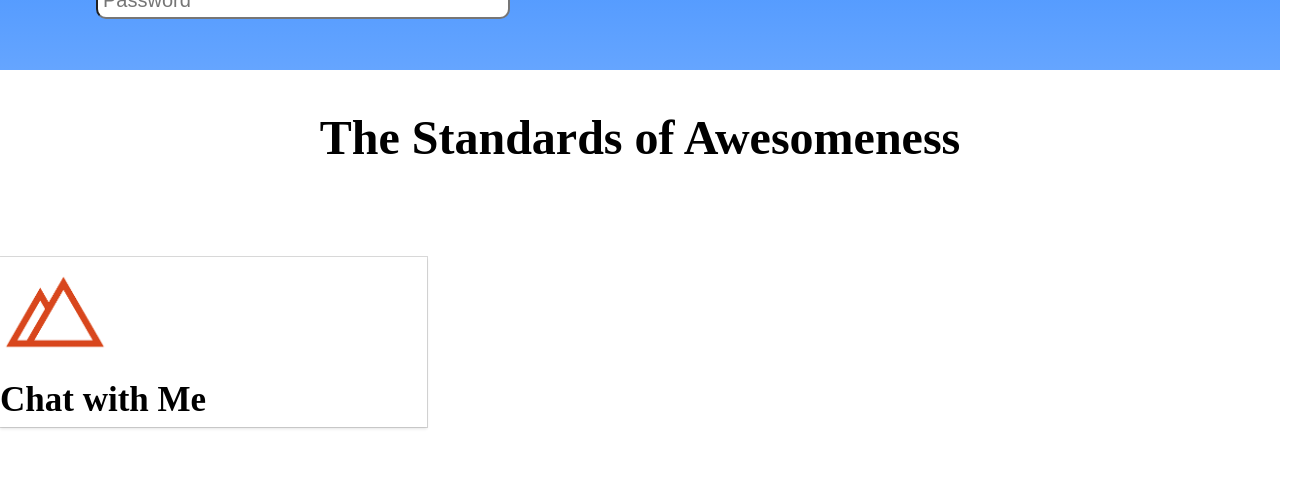
Repository: jesar-enl/My-CSS-Website
Page: index.html
These files come from the project's save history. The page is drawn as it stood at one moment and after a run of saves; the edit follows.
The browser window is 1280 px wide. The page is 1296 px wide, so the pictures cover 1296 px, including what lies to the right of the window. The pictures show the part of the page from y = 430 to 1108 px (the page is 924 px tall before and 1108 px after).

Above is the page before, as saved 2022-07-27 12:49:23.

### index.html
<!DOCTYPE html>
<html lang="en">
  <head>
    <meta charset="UTF-8" />
    <meta http-equiv="X-UA-Compatible" content="IE=edge" />
    <meta name="viewport" content="width=device-width, initial-scale=1.0" />
    <title>My CSS website</title>
    <link rel="stylesheet" href="style.css" />
  </head>
  <body>
    <nav>
      <ul class="topnav" id="dropdownClick">
        <li><a href="#home">Home</a></li>
        <li><a href="#contact">Contact</a></li>
        <li><a href="#news">News</a></li>
        <li><a href="#about">About</a></li>
        <li class="topnav-right"><a href="#signup">SignUp</a></li>
        <li class="topnav-right"><a href="#login">LogIn</a></li>

        <!--
          This unicode is called 'Trigram for Heaven'.
          It can be used to hide the menu when we shrink the screen to a mobile sized.

          Thousands of unicode characters can be accessed from the unicode table 'https://unicode-table.com/en/'
        -->

        <li class="dropdown">
          <!--
            Having the href like this is to inform the browser
            that perform this link as a javascript command,
            heading to nowhere. Stay around this page.
          -->

          <a href="javascript:void(0);" onclick="handleClick()">&#9776;</a>
        </li>
      </ul>
    </nav>

    <div class="container" id="section-1-gradient">
      <div class="row">
        <div class="col-6">
          <div class="leftSideCol">
            <h1 class="large">Crazy Radness</h1>
            <h1 class="large">Made for Developers</h1>
          </div>
          <form action="">
            <div class="leftSideCol">
              <h2>Username</h2>
              <input
                type="text"
                class="inputbox"
                placeholder="Username"
                name="username"
              />
              <h2>Password</h2>
              <input type="password" name="password" placeholder="Password" />
            </div>
          </form>
        </div>
        <div class="col-6">
          <div class="rightSideCol videoContainer">
            <iframe
              width="560"
              height="315"
              src="https://www.youtube.com/embed/ZxKM3DCV2kE"
              title="YouTube video player"
              frameborder="0"
              allow="accelerometer; autoplay; clipboard-write; encrypted-media; gyroscope; picture-in-picture"
              allowfullscreen
            ></iframe>
          </div>
        </div>
      </div>
    </div>

    <header>
      <h1 class="section-2-header">The Standards of Awesomeness</h1>
    </header>

    <div class="container">
      <div class="row">
        <div class="col-4">
          <div class="box">
            <div class="icon">
              <img class="dev" src="devslopes.png" alt="dev icon" />
            </div>
            <label for="">Chat with Me</label>
            <p></p>
          </div>
        </div>
      </div>
    </div>
    <script src="index.js"></script>
  </body>
</html>

### style.css
/* ########## Defaults ########### */

nav,
header,
footer {
  display: block;
}

body {
  line-height: 1.5;
  margin: 0;
}

label {
  font-size: 35px;
  font-weight: 800;
}

.container {
  width: 100%;
  margin: auto;
  padding-top: 4%;
  padding-bottom: 4%;
}

.row {
  width: 100%;
  display: flex;
  flex-wrap: wrap;
  align-items: center;
}

.row::after {
  display: table;
  clear: both;
  content: '';
}

.col-1 {
  width: 8.33%;
}
.col-2 {
  width: 16.66%;
}
.col-3 {
  width: 25%;
}
.col-4 {
  width: 33.33%;
}
.col-5 {
  width: 41.66%;
}
.col-6 {
  width: 50%;
}
.col-7 {
  width: 58.33%;
}
.col-8 {
  width: 66.66%;
}
.col-9 {
  width: 75%;
}
.col-10 {
  width: 83.33%;
}
.col-11 {
  width: 91.66%;
}
.col-12 {
  width: 100%;
}

/* ######### Navigation Bar ######## */

nav {
  width: 100%;
  margin: 0;
}

nav ul {
  background-color: #eee;
  overflow: hidden;
  margin: 0;
  padding: 0;
}
/* the list-style removes the bullet points from the list items */
ul.topnav li {
  list-style: none;
  float: left;
}

ul.topnav li.topnav-right {
  float: right;
}

ul.topnav li a {
  display: block;
  text-decoration: none;
  min-height: 1.5rem;
  text-align: center;
  padding: 14px;
  text-transform: uppercase;
  color: #665;
}

ul.topnav li a:hover {
  background-color: #7ab6f3;
  color: #fff;
}

.dropdown {
  display: none;
}

/* #################### Custom styles ################## */

#section-1-gradient {
  background: #076dff;
  background: -webkit-gradient(#076dff, #65a5ff);
  background: -o-linear-gradient(#076dff, #65a5ff);
  background: -moz-linear-gradient(#076dff, #65a5ff);
  background: linear-gradient(#076dff, #65a5ff);
}

.box {
  background-color: #fff;
  /*
    The "box-shadow" syntax is as follows:

    box-shadow: horizontal-length vertical-length blur-radius spread-radius rgba(r, g, b, opacity);
  */
  box-shadow: 0 0 0 1px rgba(0, 0, 0, 0.15), 0 2px 3px 0 rgba(0, 0, 0, 0.1);
}

.leftSideCol {
  margin-left: 15%;
}

.rightSideCol {
  margin-left: 15%;
}

.large {
  color: #fff;
  font-size: 2.2rem;
  margin: 0;
  line-height: 1.7;
}

.section-2-header {
  font-size: 3rem;
  text-align: center;
}

input[type='text'] {
  font-size: 20px;
  width: 400px;
  min-width: 100px;
  padding: 5px;
  border-radius: 10px;
}

form h2 {
  color: #fff;
}

input[type='password'] {
  font-size: 20px;
  width: 400px;
  padding: 5px;
  min-width: 100px;
  border-radius: 10px;
}

.icon {
  width: 100%;
}

.dev {
  width: 110px;
  height: 110px;
}

/* ############ Media Query ########### */

@media screen and (max-width: 680px) {
  /*
    This tells the browser to hide all the list
    elements of the nav bar except the first one.
  */

  ul.topnav li:not(:nth-child(1)) {
    display: none;
  }

  ul.topnav li.dropdown {
    display: block;
    float: right;
  }

  ul.topnav.responsive li.dropdown {
    position: absolute;
    top: 0;
    right: 0;
  }

  ul.topnav.responsive {
    position: relative;
  }

  /* Places the list items in a row manner. */
  ul.topnav.responsive li {
    display: inline;
    float: none;
  }

  ul.topnav.responsive li a {
    /* displays the items in a manner of stacking on top of each other. */
    display: block;
    text-align: left;
  }

  .col-6 {
    width: 100%;
    margin: 0;
  }

  .rightSideCol {
    margin-top: 5%;
  }

  .videoContainer iframe {
    position: relative;
    width: 100%;
    margin: 0;
    overflow: hidden;
  }

  leftSideCol,
  rightSideCol {
    margin: 15px;
  }

  input[type='text'] {
    width: 300px;
  }

  input[type='password'] {
    width: 300px;
  }
}

@media screen and (max-width: 890px) {
  /*
    This tells the browser to hide all the list
    elements of the nav bar except the first one.
  */

  ul.topnav li:not(:nth-child(1)) {
    display: none;
  }

  ul.topnav li.dropdown {
    display: block;
    float: right;
  }

  ul.topnav.responsive li.dropdown {
    position: absolute;
    top: 0;
    right: 0;
  }

  ul.topnav.responsive {
    position: relative;
  }

  /* Places the list items in a row manner. */
  ul.topnav.responsive li {
    display: inline;
    float: none;
  }

  ul.topnav.responsive li a {
    /* displays the items in a manner of stacking on top of each other. */
    display: block;
    text-align: left;
  }

  .col-6 {
    width: 100%;
    margin: 0;
  }

  .rightSideCol {
    margin-top: 5%;
    max-width: 300px;
  }

  .videoContainer iframe {
    position: relative;
    width: 100%;
  }
}

### index.js
function handleClick() {
  var list = document.getElementById('dropdownClick');
  if (list.className === 'topnav') {
    list.className += ' responsive';
    // change topnav to topnav.responsive
  } else {
    list.className = 'topnav';
  }
}

After the next 2 saves:
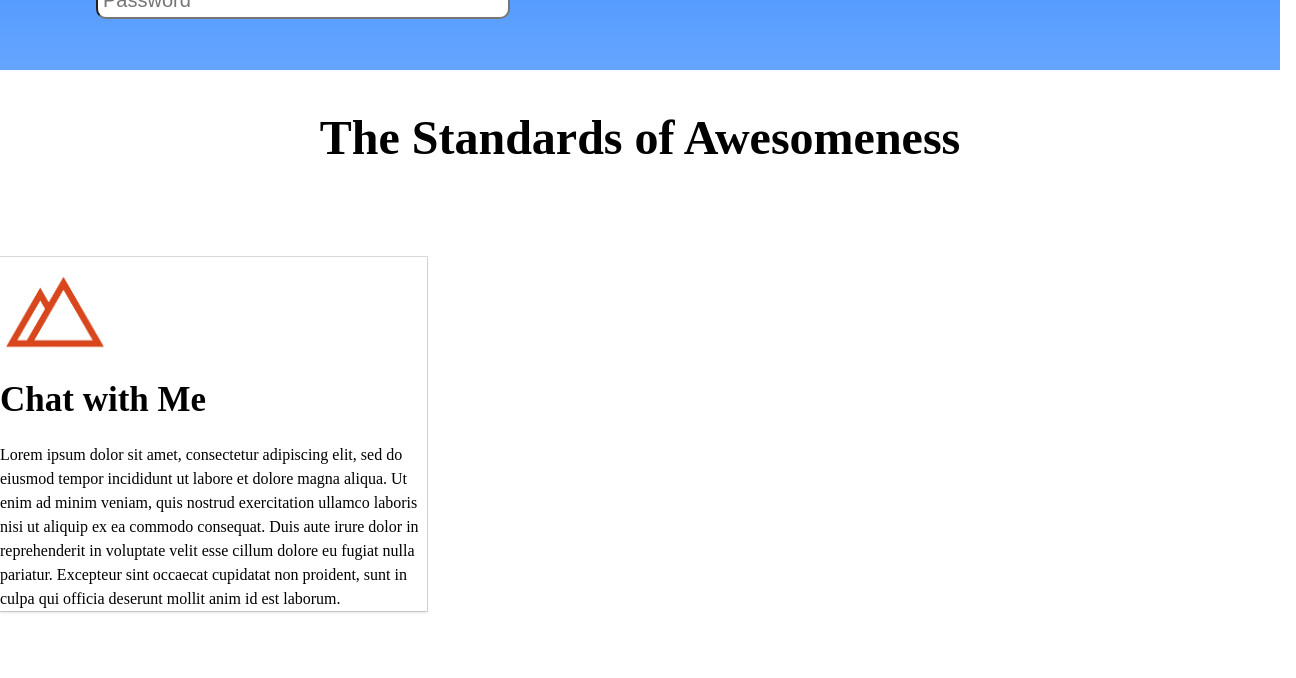
The 2 saves are shown as one change because they came seconds apart.
The last was saved 83 s later.
--- a/index.html
+++ b/index.html
@@ -85,7 +85,15 @@
               <img class="dev" src="devslopes.png" alt="dev icon" />
             </div>
             <label for="">Chat with Me</label>
-            <p></p>
+            <p>
+              Lorem ipsum dolor sit amet, consectetur adipiscing elit, sed do
+              eiusmod tempor incididunt ut labore et dolore magna aliqua. Ut
+              enim ad minim veniam, quis nostrud exercitation ullamco laboris
+              nisi ut aliquip ex ea commodo consequat. Duis aute irure dolor in
+              reprehenderit in voluptate velit esse cillum dolore eu fugiat
+              nulla pariatur. Excepteur sint occaecat cupidatat non proident,
+              sunt in culpa qui officia deserunt mollit anim id est laborum.
+            </p>
           </div>
         </div>
       </div>
